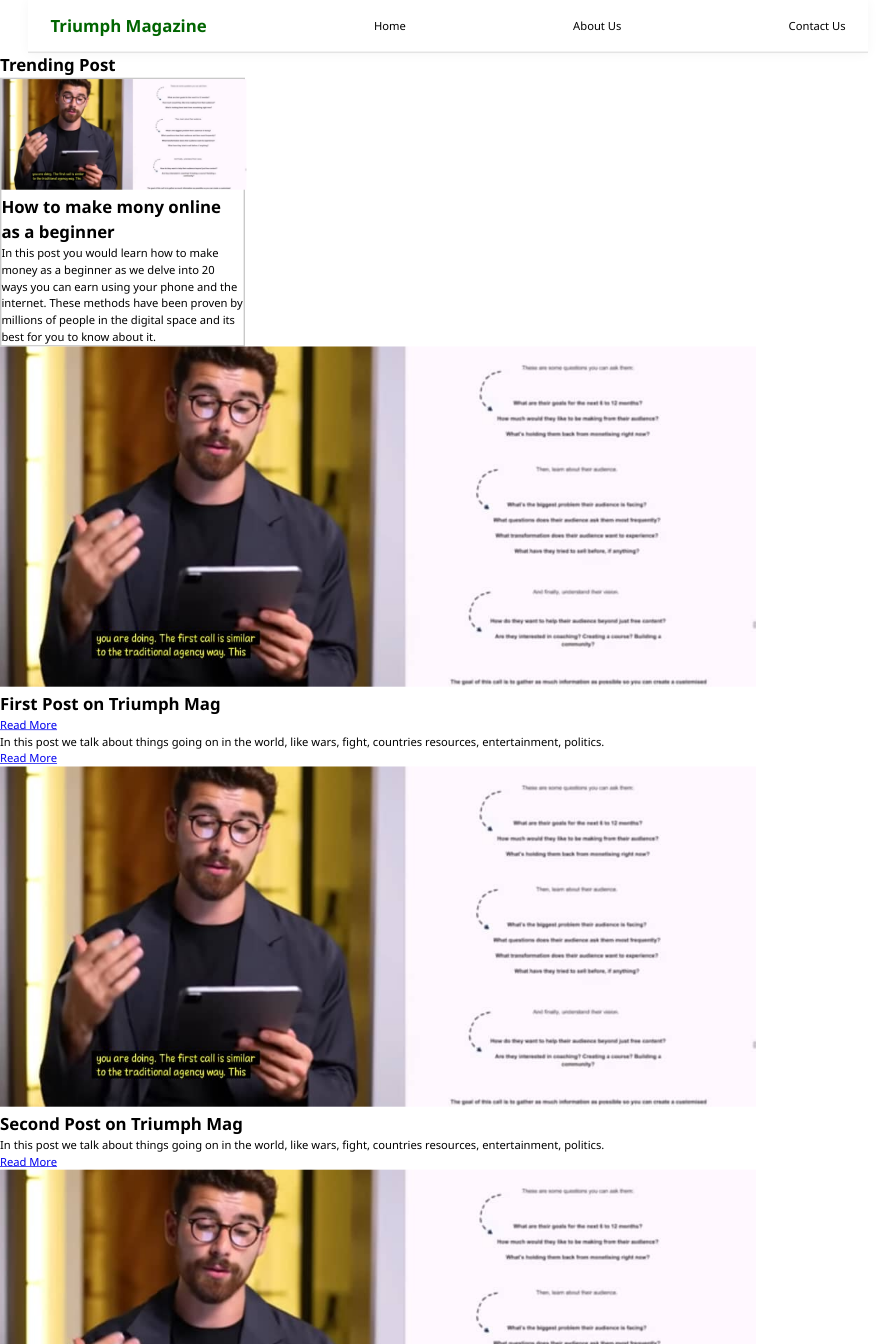
Repository: zikcolle/Triumph-Blog
Page: index.html
The author's editor kept a copy of each file at every save. The page is drawn from the files as they stood at one save, then again after the next save.
The browser window is 1280 px wide. The pictures show the part of the page from y = 0 to 1920 px (the page is 4623 px tall), at 70% of full size.

Above is the page before, as saved 2026-06-20 15:32:17.

### index.html
<!DOCTYPE html>
<html lang="en">

<head>
    <meta charset="UTF-8">
    <meta name="viewport" content="width=device-width, initial-scale=1.0">
    <title>Triumph Magazine</title>
    <link rel="stylesheet" href="styles.css">
</head>

<body>
    <header>
        <h2>Triumph Magazine</h2>
            <a href="#">Home</a></li>
            <a href="/about-us">About Us</a>
            <a href="/contact-us">Contact Us</a>
    </header>

    <main>
        <section>
            <div>
                <h2 class="label-post">Trending Post</h2>
            </div>
            <div class="feat-post">
                <img src="simage\postiman.jpeg">
                <h1>How to make mony online as a beginner</h1>
                <p>In this post you would learn how to make money as a beginner as we delve into 20 ways you can earn
                    using your phone and the internet. These methods have been proven by millions of people in the
                    digital space and its best for you to know about it.</p>
            </div>
        </section>

        <section class="post-grid">
            <div class="blog-post">
                <img src="simage\postiman.jpeg">
                <h1>First Post on Triumph Mag</h1><a href="#" class="read-more">Read More</a>
                <p>In this post we talk about things going on in the world, like wars, fight, countries resources,
                    entertainment, politics.</p>
                <a href="#" class="read-more">Read More</a>
            </div>

            <div class="blog-post">
                <img src="simage\postiman.jpeg">
                <h1>Second Post on Triumph Mag</h1>
                <p>In this post we talk about things going on in the world, like wars, fight, countries resources,
                    entertainment, politics.</p>
                <a href="#" class="read-more">Read More</a>
            </div>

            <div class="blog-post">
                <img src="simage\postiman.jpeg">
                <h1>Third Post on Triumph Mag</h1>
                <p>In this post we talk about things going on in the world, like wars, fight, countries resources,
                    entertainment, politics.</p>
                <a href="#" class="read-more">Read More</a>
            </div>

            <div class="blog-post">
                <img src="simage\postiman.jpeg">
                <h1>Fourth Post on Triumph Mag</h1>
                <p>In this post we talk about things going on in the world, like wars, fight, countries resources,
                    entertainment, politics.</p>
                <a href="#" class="read-more">Read More</a>
            </div>

            <div class="blog-post">
                <img src="simage\postiman.jpeg">
                <h1>Fifth Post on Triumph Mag</h1>
                <p>In this post we talk about things going on in the world, like wars, fight, countries resources,
                    entertainment, politics.</p>
                <a href="#" class="read-more">Read More</a>
            </div>

            <div class="blog-post">
                <img src="simage\postiman.jpeg">
                <h1>Sixth Post on Triumph Mag</h1>
                <p>In this post we talk about things going on in the world, like wars, fight, countries resources,
                    entertainment, politics.</p>
                <a href="#" class="read-more">Read More</a>
            </div>

            <div><a href="/blog">View More Posts</a></div>
        </section>

        <section>
            <h2>Related Posts</h2>

            <div class="blog-post">
                <img src="simage\postiman.jpeg">
                <h1><a href="/blog">Sixth Post on Triumph Mag</a></h1>
            </div>
        </section>
    </main>

    <footer>
        <h2>Triumph Magazine</h2>
        <p>© 2026 Triumph Magazine. All rights reserved.</p>
    </footer>

</body>

</html>

### styles.css
* {
    margin: 0;
    padding: 0;
    box-sizing: border-box;
    scroll-behavior: smooth;
}

body {
    background-color: rgb(255, 255, 255);
    color: rgb(0, 0, 0);
    font-family:'Segoe UI', Tahoma, Geneva, Verdana, sans-serif;
    line-height: 1.5;
}

header {
    position: sticky;
    display: flex;
    justify-content: space-between;
    align-items: center;
    margin: 0 auto;
    max-width: 1200px;
    background-color: rgba(255,255,255,0.92);
    border-bottom: 1px solid rgba(0, 0, 0, 0.213);
    backdrop-filter: blur(20px) saturate(180%);
    -webkit-backdrop-filter: blur(20px) saturate(180%);
    box-shadow: 0 1px 0 rgba(0,0,0,0.04), 0 2px 16px rgba(0,0,0,0.04);
    padding: 1.2rem 2rem;
    top: 0;
    z-index: 100;
    color: rgb(0, 101, 0);
}

header a {
    text-decoration: none;
    color: rgb(0, 0, 0);
}

header a:hover {
    text-decoration: none;
    color: rgb(0, 101, 0);
    text-decoration: underline;
}

.feat-post {
    background-color: rgb(255, 255, 255);
    border: 2px solid rgba(0, 0, 0, 0.213);
    max-width: 350px;
}

.feat-post img {
    max-width: 350px;
}

After the next save:
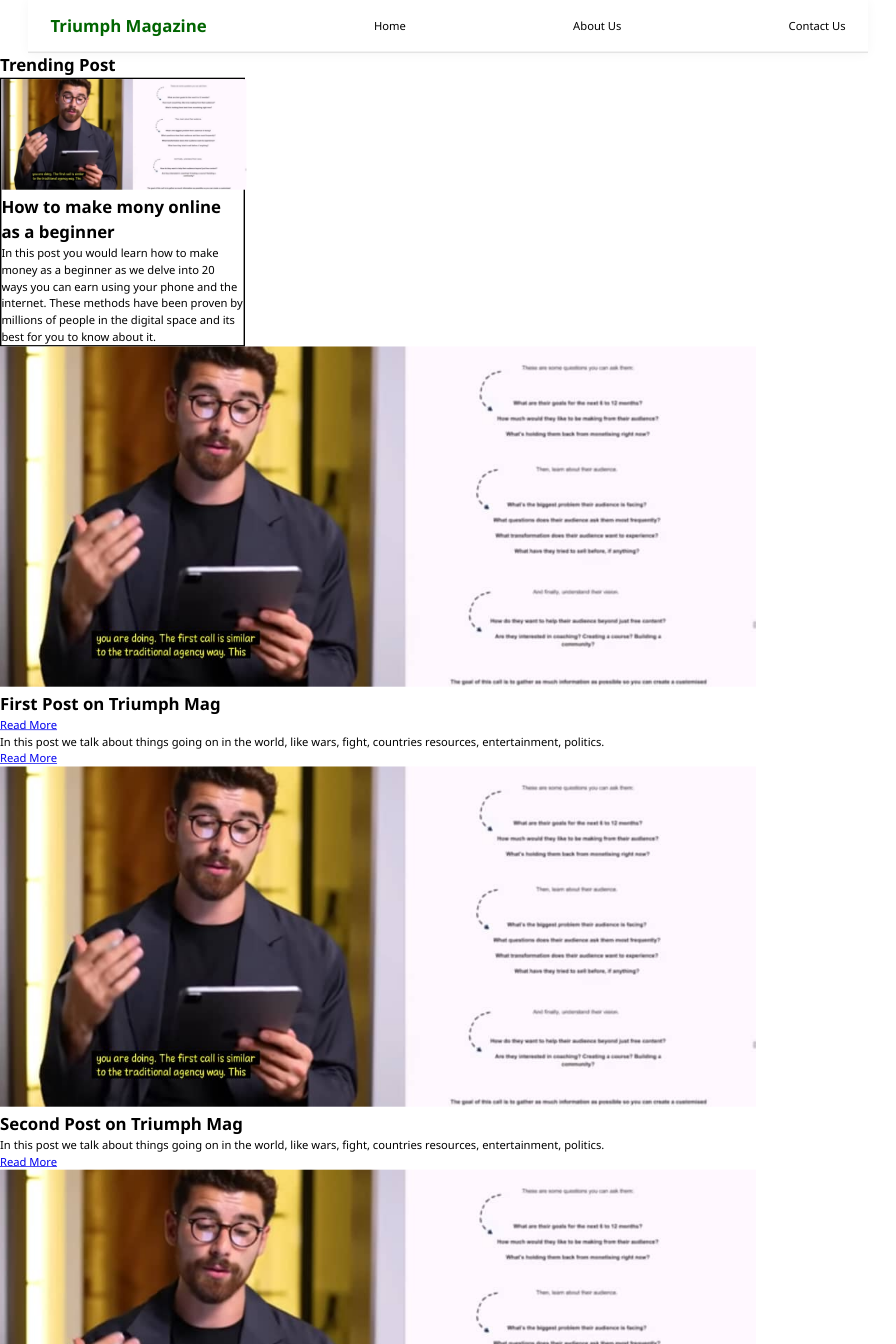
Saved 8 s later.
--- a/styles.css
+++ b/styles.css
@@ -43,7 +43,7 @@ header a:hover {
 
 .feat-post {
     background-color: rgb(255, 255, 255);
-    border: 2px solid rgba(0, 0, 0, 0.213);
+    border: 2px solid rgb(0, 0, 0);
     max-width: 350px;
 }
 
